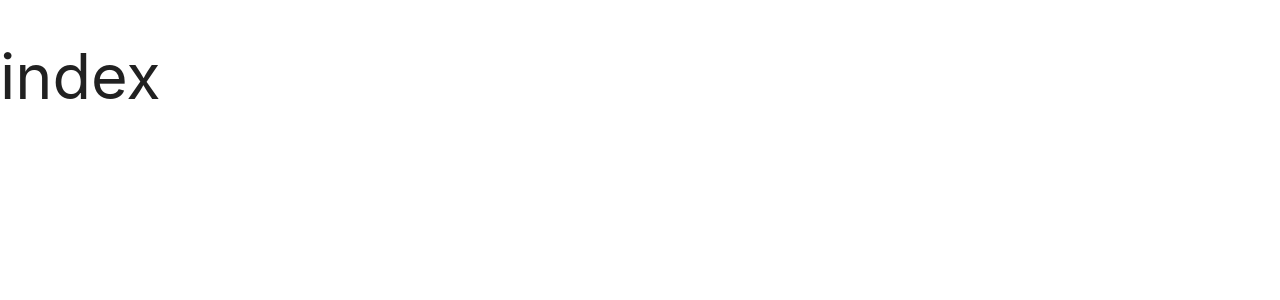
Repository: umarrg/crud-app-ejs-and-nodejs
Page: public/index.html
These files come from the project's save history. The page is drawn as it stood at one moment and after the next save; the edit follows.
The browser window is 1280 px wide. The pictures show the whole page.

Above is the page before, as saved 2020-12-24 17:08:00.

### public/index.html
<!DOCTYPE html>
<html lang="en">
<head>
    <meta charset="UTF-8">
    <meta name="viewport" content="width=device-width, initial-scale=1.0">
    <link rel="stylesheet" href="https://cdnjs.cloudflare.com/ajax/libs/materialize/1.0.0/css/materialize.min.css">
    <title>Document</title>
</head>
<body>
    <h1>index</h1>
</body>
</html>

After the next save:
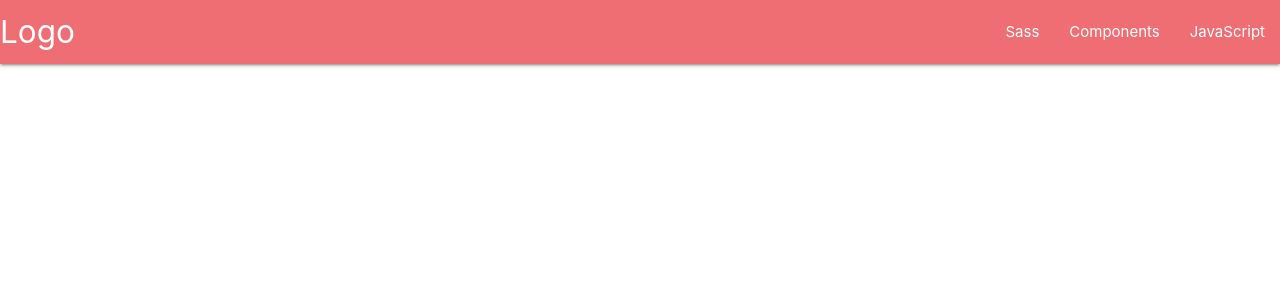
Saved 26 s later.
--- a/public/index.html
+++ b/public/index.html
@@ -7,6 +7,15 @@
     <title>Document</title>
 </head>
 <body>
-    <h1>index</h1>
+    <nav>
+        <div class="nav-wrapper">
+          <a href="#" class="brand-logo">Logo</a>
+          <ul id="nav-mobile" class="right hide-on-med-and-down">
+            <li><a href="sass.html">Sass</a></li>
+            <li><a href="badges.html">Components</a></li>
+            <li><a href="collapsible.html">JavaScript</a></li>
+          </ul>
+        </div>
+      </nav>
 </body>
 </html>
